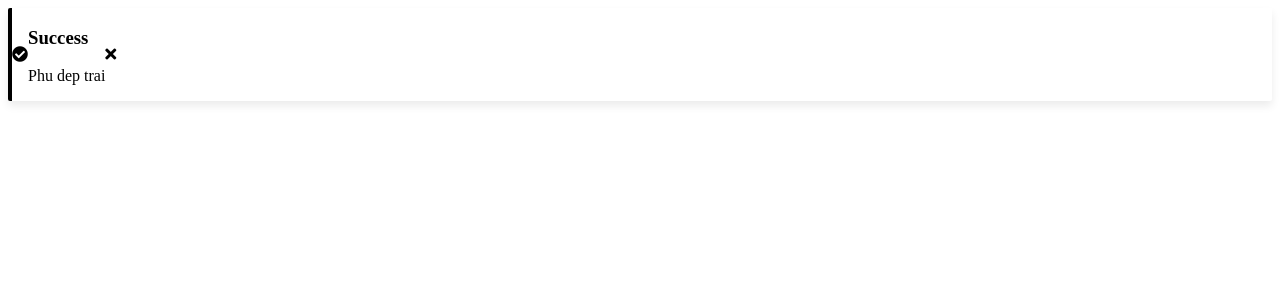
Repository: phunobi1807/theband
Page: btn.html
The author's editor kept a copy of each file at every save. The page is drawn from the files as they stood at one save, then again after the next save.
The browser window is 1280 px wide. The pictures show the whole page.

Above is the page before, as saved 2021-06-12 12:19:22.

### btn.html
<!DOCTYPE html>
<html lang="en">
<head>
    <meta charset="UTF-8">
    <meta http-equiv="X-UA-Compatible" content="IE=edge">
    <meta name="viewport" content="width=device-width, initial-scale=1.0">
    <title>Document</title>
    <link rel="stylesheet" href="https://use.fontawesome.com/releases/v5.15.3/css/all.css" integrity="sha384-SZXxX4whJ79/gErwcOYf+zWLeJdY/qpuqC4cAa9rOGUstPomtqpuNWT9wdPEn2fk" crossorigin="anonymous">
    <link rel="stylesheet" href="./btn.css">
</head>
<body>
    <div>
        <div class="toast">
            <div class="toast__icon">
                <i class="fas fa-check-circle"></i>
            </div>
            <div class="toast__body">
                <h3 class="toast__title">
                     Success
                </h3>
                <p class="toast__msg">
                    Phu dep trai
                </p>
            </div>
            <div class="toast__close">
                <i class="fas fa-times"></i>
            </div>
        </div>
    </div>
</body>
</html>

### btn.css
.toast
{
    display: flex;
    align-items: center;
    background: #fff;
    border-radius: 2px;
    border-left: 4px solid;
    box-shadow: 0 5px 8px rgba(0, 0, 0, 0.08);
}
.toast__icon
{

}
.toast__body
{

}
.toast__title
{

}
.toast__msg
{

}
.toast__close
{

}

After the next save:
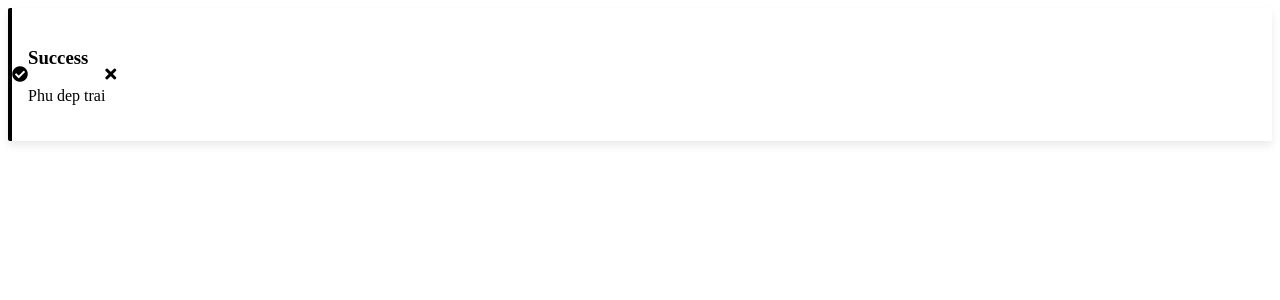
Saved 9 s later.
--- a/btn.css
+++ b/btn.css
@@ -4,6 +4,7 @@
     align-items: center;
     background: #fff;
     border-radius: 2px;
+    padding: 20px 0px;
     border-left: 4px solid;
     box-shadow: 0 5px 8px rgba(0, 0, 0, 0.08);
 }
